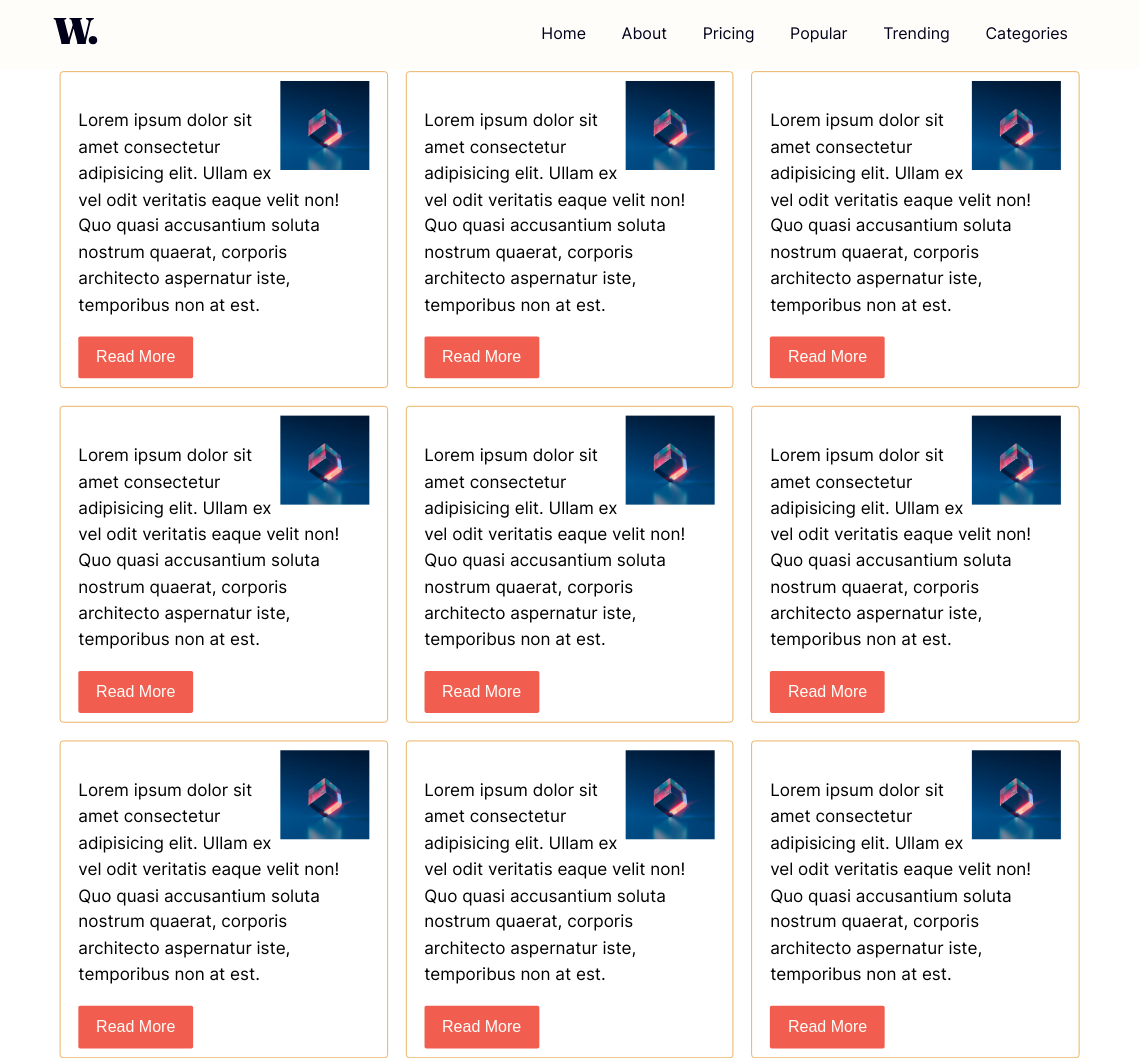
Repository: Benedict-Anthony/web3.0-blog-chain
Page: /trending
The author's editor kept a copy of each file at every save. The page is drawn from the files as they stood at one save, then again after the next save.
The browser window is 1280 px wide. The pictures show the whole page, at 89% of full size.
The project was rebuilt for these pictures with package versions that can differ from the ones it lists, and the page was loaded fresh each time. The framework's server and built-in components were replaced by stand-ins that run in the browser. Also part of the build but not shown: next.config.js, styles/styles.css.

Above is the page before, as saved 2022-12-21 02:38:49.

### pages/_app.tsx
import '../styles/globals.scss'
import type { AppProps } from 'next/app'
import NavBar from '../components/NavBar'
import "@/styles/styles.css"
export default function App({ Component, pageProps }: AppProps) {
  return (
    <>
      <NavBar />
      <Component {...pageProps} />
    </>
  )
}

### pages/trending.tsx
import Layout from 'components/Layout'
import React from 'react'
import TrendingStyles from "@/styles/Trending.module.scss"
import Trending from 'components/Trending'
import { GetStaticProps } from 'next';

export const getStaticProps: GetStaticProps = async () => {
    // const apiKey = process.env.REACT_APP_RAPID_API_KEY || ""
    // const apiHost = process.env.REACT_APP_RAPID_NEWS_API_HOST || ""
    // const params = {q: 'crytocurrency', freshness: 'Day', textFormat: 'Raw', safeSearch: 'Off'}
    // const url = `https://bing-news-search1.p.rapidapi.com/news/search?${params}`
    // const config = {
    //     headers: {
    //         'X-RapidAPI-Key': apiKey,
    //         'X-RapidAPI-Host':apiHost,
    //         // "Accept-Language": "EN"
    //     }
    // }

    // const response = await fetch(url, config)
    // const data = await response.json()
    return {
        props: {
            // news:data.value
            news:[1,2,3,4,5,6,7,8,9]
        }
    }
}
type TrendingProps = {
    news: {
        id: number
        name: string
        date: string
        slug: string
        image:{thumbnail:{contentUrl:string}}
    }[]
}
const TrendingPage = ({news}:TrendingProps) => {

  return (
    <Layout>
          <section className={TrendingStyles.section}>
          {news.map((item) => (
              <Trending news={item} key={item.id}/>
          ))}



              </section>
    </Layout>

  )
}

export default TrendingPage

### styles/globals.scss
:root{
  --SoftOrange: hsl(35, 77%, 62%);
  --SoftRed: hsl(5, 85%, 63%);

  --Red: hsl(0, 78%, 62%);
  --Cyan: hsl(180, 62%, 55%);
  --Orange: hsl(34, 97%, 64%);
  --Blue: hsl(212, 86%, 64%);

  --OffWhite: hsl(36, 100%, 99%);
  --GrayishBlue: hsl(233, 8%, 79%);
  --DarkGrayishBlue: hsl(236, 13%, 42%);
  --VeryDarkBlue: hsl(240, 100%, 5%);
}

@font-face{
  font-family: "Inter";
  src: url("/landing/assets/fonts/static/inter-Bold.ttf");
  src: url("/landing/assets/fonts/static/inter-ExtraBold.ttf");
  src: url("/landing/assets/fonts/static/inter-Regular.ttf");
}

*::after, *::before, *{
  padding: 0;
  margin: 0;
  box-sizing: border-box;
  transition: all .3s ease;
  line-height: 1.54em;
}


ul,li{
  list-style: none;
}

html{
  scroll-behavior: smooth;
}

body{
  font-family: "Inter";
}

.swiper {
    overflow: visible;
}

### components/NavBar.tsx
import React from 'react'
import {useState} from "react"
import Image from 'next/image'
import Link from 'next/link';
import NavBarStyles from "@/styles/navBar.module.scss";

const NavBar = () => {
  const [mobileActive, setMobileActive] = useState(false)
  return (

        <header className={NavBarStyles.header}>
          <nav className={NavBarStyles.nav}>
               <div className="logo">
                <Image src="/landing/assets/images/logo.svg" alt="" width={50} height={30} />
              </div>

              <ul style={{
                right: mobileActive ? "0" : "calc(100vw + 50px)"
              }}>
                  <li><Link href={"/"}>Home</Link></li>
                  <li><Link href={"/about"}>About</Link></li>
                  <li><Link href={"/pricing"}>Pricing</Link></li>
                  <li><Link href={"/popular"}>Popular</Link></li>
                  <li><Link href={"/trending"}>Trending</Link></li>
                  <li><Link href={"/categories"}>Categories</Link></li>

              </ul>

                  <div className={NavBarStyles.toggler} onClick={() => setMobileActive(!mobileActive)}>
                      <Image src={`/landing/assets/images/${mobileActive ? "icon-menu-close.svg" : "icon-menu.svg"}`} alt="" width={25} height={20} />
            </div>

         </nav>
    </header>

  )
}

export default NavBar

### components/Layout.tsx
import React from 'react'
import UtilsStyles from "@/styles/Utils.module.scss";
import {ReactNode} from "react"

type layoutProps = {
    children: ReactNode
}
const Layout = ({children}:layoutProps) => {
  return (
    <main className={UtilsStyles.container}>
      <section className={UtilsStyles.spaceY}>
        {children}
      </section>
      </main>
  )
}

export default Layout

### styles/Trending.module.scss
.article{
    border: 1px solid var(--SoftOrange);
    border-radius: 4px;

    &:hover{
        transform: scale(.99);
    }
    div{
        width: 100%;
        position: relative;
        img{
            width: 100px;
            float: right;
        }
        span{
            font-size: 1.1rem;
            color: var(--SoftRed);
            position: absolute;
            top: 30px;
            left: 30px;
       }
    }

    div{
        padding: 10px 20px;
        // text-align: center;
        p{
            padding: 10px 0;
            font-size: 1.2rem;
            // text-align:left;
        }
    }
}

.section{
    display: grid;
    grid-template-columns: repeat(auto-fit, minmax(22rem, 1fr));
    justify-content: space-between;
    align-items: center;
    gap: 20px;
}

### components/Trending.tsx
import React from 'react'
import TrendingStyles from "@/styles/Trending.module.scss"
import Button from './Button'
type TrendingProps = {
    news: {
        id: number
        name: string
        date: string
        slug: string
        image:{thumbnail:{contentUrl:string}}
    }
}

const Trending = ({news}:TrendingProps) => {
  return (
    <article className={TrendingStyles.article}>
          <div className='img'>
              {/* <img src={news.image ? news.image.thumbnail.contentUrl : "nft/images/image-equilibrium.jpg"} alt="" /> */}
              <img src={"nft/images/image-equilibrium.jpg"} alt="" />
              <span>{news.date}</span>
          </div>

          <div>
        {/* <p>{news.name}</p> */}

              <p>Lorem ipsum dolor sit amet consectetur adipisicing elit. Ullam ex vel odit veritatis eaque velit non! Quo quasi accusantium soluta nostrum quaerat, corporis architecto aspernatur iste, temporibus non at est.</p>
              <Button title='read more'/>
          </div>
    </article>
  )
}

export default Trending

### styles/navBar.module.scss
.header{
    position: fixed;
    top: 0;
    right: 0;
    left: 0;
    // max-width: 1160px;
    margin: 0 auto;
    padding: 20px;
     background-color: var(--OffWhite);
     z-index:10;
    //  box-shadow:  2px 1px 3px var(--DarkGrayishBlue);
}

.nav{
    display: flex;
    justify-content: space-between;
    align-items: center;
     max-width: 1160px;
    margin: 0 auto;

    .logo{
        width: 50px;
    }

    ul{
        display: flex;
        align-items: center;
        justify-content: space-between;

        li{
            margin: 0 20px;

            a{
                text-decoration: none;
                font-size: 18px;
                color: var(--VeryDarkBlue);
                font-family: "Inter";
                font-weight: 400;
                &:hover{
                    color: var(--SoftRed);
                    cursor: pointer;
                }
            }
        }
    }

    @media(max-width:767px) {
        ul{
            position: absolute;
            top: 0;
            width: 80%;
            background-color: var(--OffWhite);
            box-shadow: 2px 2px 3px var(--DarkGrayishBlue);
            height: 100vh;
            flex-flow: column;
            justify-content: center;
            align-items: flex-start;
            padding-left: 10px;

            li{
                margin: 20px 0;

                a{
                    font-size: 22px;
                }
            }

        }


    }
}



.toggler{
        display: none;


        @media(max-width:767px) {
            display: block;
            z-index: 10;
        }
    }

### styles/Utils.module.scss
.container{
    max-width: 1160px;
    margin: 0 auto;
    overflow:hidden;
    padding: 0 7px;
}

.spaceY{
    padding-top: 2.5rem;
    margin-top: 2.5rem;
}

### components/Button.tsx
import React from 'react'
import ButtonbStyles from "@/styles/Button.module.scss"
type ButtonProps = {
    title:string
}
const Button = ({title}: ButtonProps) => {
  return (
    <button className={ButtonbStyles.button}>
      {title}
    </button>
  )
}

export default Button

### styles/Button.module.scss
.button{
    display: inline-block;
    color: var(--OffWhite);
    padding: 10px 20px;
    border: 0;
    background-color: var(--SoftRed);
    margin-top: 10px;
    font-size: 18px;
    border-radius: 2px;
    text-transform: capitalize;

    &:hover{
        cursor: pointer;
        background-color: var(--VeryDarkBlue);
    }
}

After the next save:
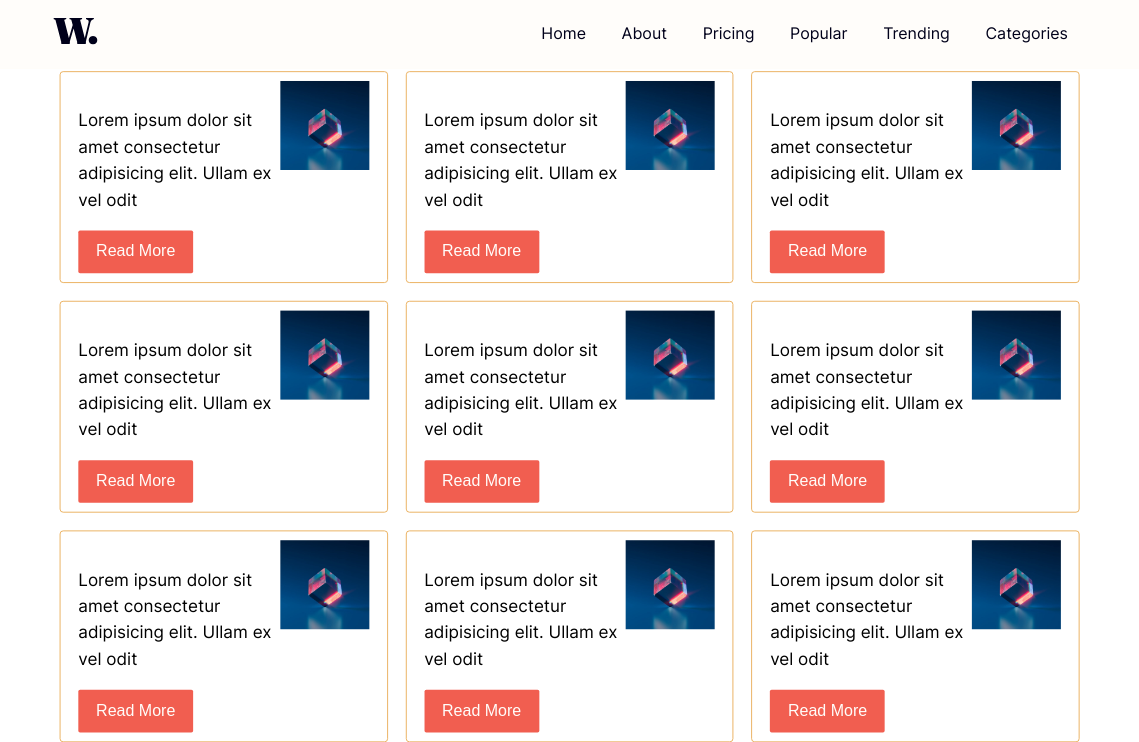
Saved 14 min 9 s later.
--- a/components/Trending.tsx
+++ b/components/Trending.tsx
@@ -23,7 +23,7 @@ const Trending = ({news}:TrendingProps) => {
           <div>
         {/* <p>{news.name}</p> */}
 
-              <p>Lorem ipsum dolor sit amet consectetur adipisicing elit. Ullam ex vel odit veritatis eaque velit non! Quo quasi accusantium soluta nostrum quaerat, corporis architecto aspernatur iste, temporibus non at est.</p>
+              <p>Lorem ipsum dolor sit amet consectetur adipisicing elit. Ullam ex vel odit </p>
               <Button title='read more'/>
           </div>
     </article>
